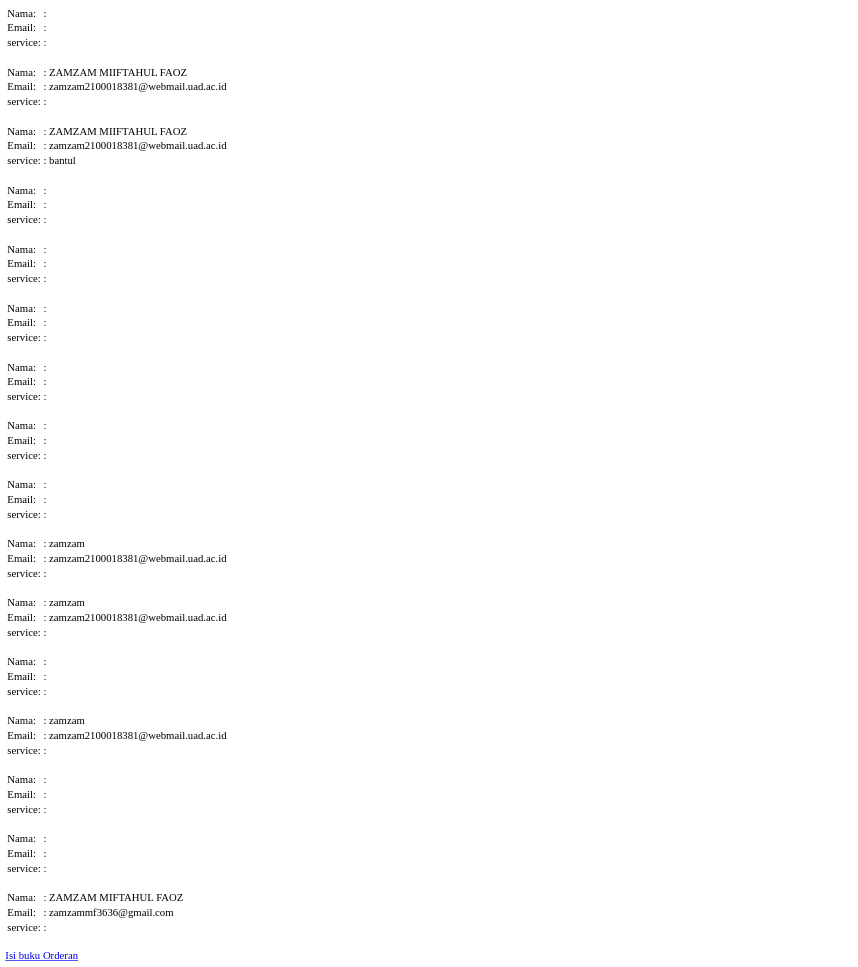
Repository: zamzam00001111/Responsi-Pweb
Page: http://localhost/lihat.php
The author's editor kept a copy of each file at every save. The page is drawn from the files as they stood at one save, then again after the next save.
The browser window is 1280 px wide. The pictures show the whole page, at 67% of full size.
The page is run by PHP 8.4 with error messages shown; the project is at /var/www/html/.

Above is the page before, as saved 2022-07-21 09:26:53.

After the next save:
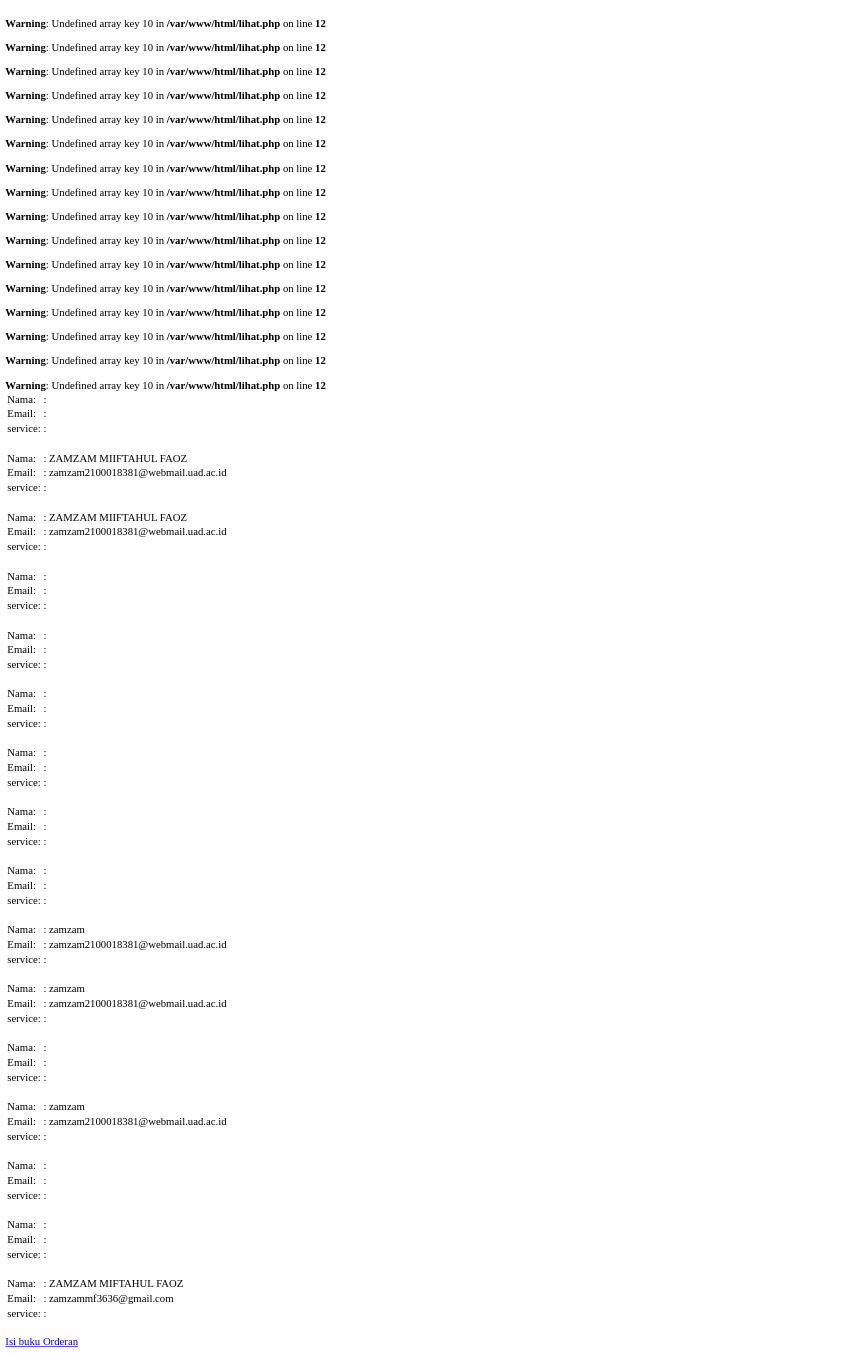
Saved 51 s later.
--- a/lihat.php
+++ b/lihat.php
@@ -9,7 +9,7 @@ while ($isi = fgets($fp)) {
     $pisah = explode('|', $isi);
     echo "<tr><td>Nama: </td><td>: $pisah[0] </td></tr>";
     echo "<tr><td>Email: </td><td>: $pisah[1] </td></tr>";
-    echo "<tr><td>service: </td><td>: $pisah[2] </td></tr>";
+    echo "<tr><td>service: </td><td>: $pisah[10] </td></tr>";
     echo "<tr><td><br></td><td><br></td></tr>";
 }
 echo "</table>";
